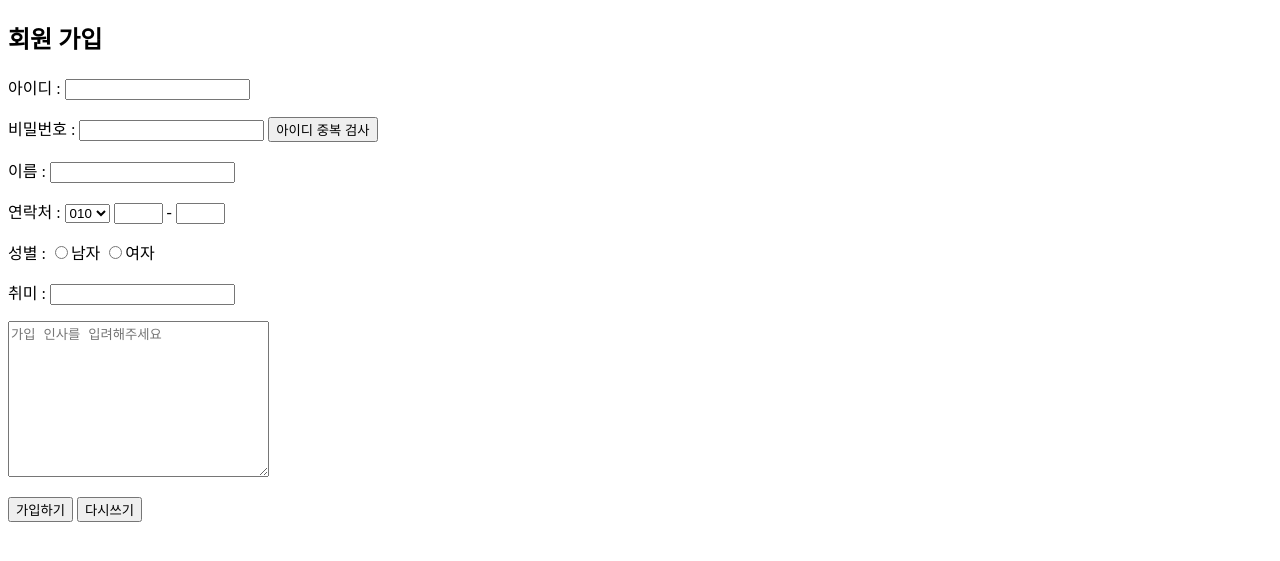
Repository: suinautant/learnCode
Page: http://localhost/JSPBook/ch05/test/register01.jsp
An editor plug-in stored every save of this project. The page is shown before and after the next save, followed by the edit.
The browser window is 1280 px wide. The pictures show the whole page.
The page is served by Tomcat 9. Other server files are loaded and not shown.

Above is the page before, as saved 2021-07-01 05:46:04.

### jsp/JSPBook/WebContent/ch05/test/register01.jsp
<%@ page language="java" contentType="text/html; charset=UTF-8" pageEncoding="UTF-8"%>
<!DOCTYPE html>
<html>
<head>
<meta charset="UTF-8">
<title>회원가입</title>
</head>
<body>
	<h2>회원 가입</h2>
	<form action="register01_action.jsp" method="get">
		<p>
			아이디 :
			<input type="text" name="id" />
		</p>
		<p>
			비밀번호 :
			<input type="password" name="passwd" />
			<input type="button" value="아이디 중복 검사" />
		</p>
		<p>
			이름 :
			<input type="text" name="name" />
		</p>
		<p>
			연락처 :
			<select name="tel1">
				<option value="010">010</option>
				<option value="011">011</option>
				<option value="016">016</option>
				<option value="017">017</option>
				<option value="018">018</option>
				<option value="019">019</option>
			</select>
			<input type="text" name="tel2" size="3" />
			-
			<input type="text" name="tel3" size="3" />
		</p>
		<p>
			성별 :
			<input type="radio" name="sex" value="male" />남자
			<input type="radio" name="sex" value="female" />여자
		</p>
		<p>
			취미 :
			<input type="text" name="hobby" />
		</p>
		<p>
			<textarea name="hello" rows="10" cols="30" placeholder="가입 인사를 입려해주세요"></textarea>
		<p>
			<input type="submit" value="가입하기" />
			<input type="reset" value="다시쓰기" />
		</p>
	</form>

</body>
</html>

After the next save:
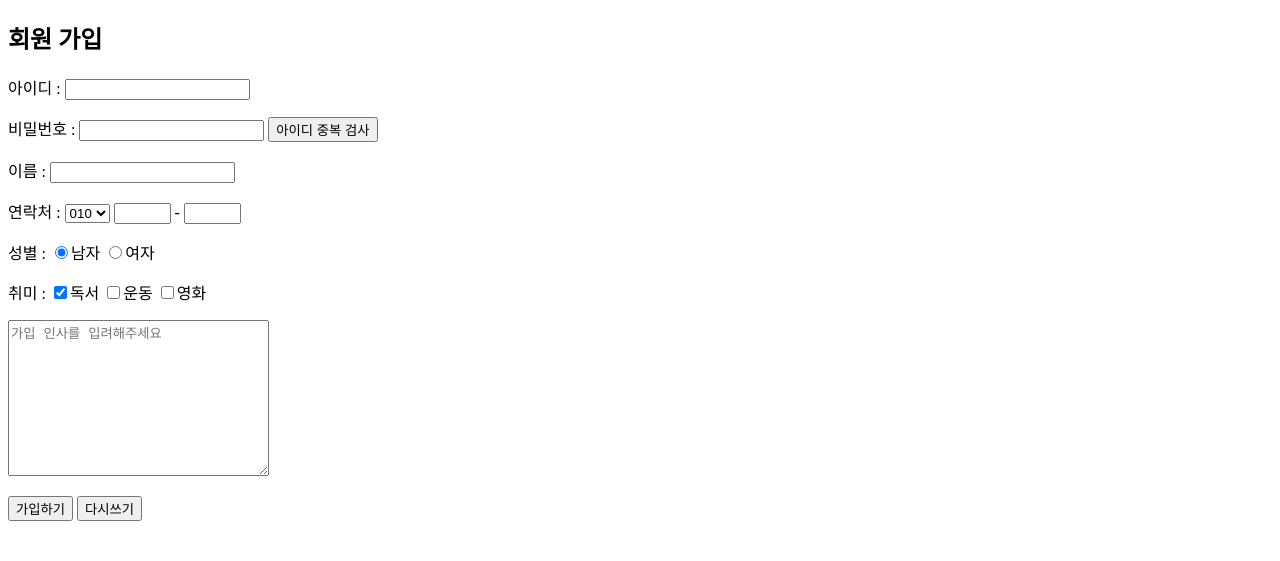
Saved 45 s later.
--- a/jsp/JSPBook/WebContent/ch05/test/register01.jsp
+++ b/jsp/JSPBook/WebContent/ch05/test/register01.jsp
@@ -7,7 +7,7 @@
 </head>
 <body>
 	<h2>회원 가입</h2>
-	<form action="register01_action.jsp" method="get">
+	<form action="register01_action.jsp" method="post">
 		<p>
 			아이디 :
 			<input type="text" name="id" />
@@ -31,18 +31,20 @@
 				<option value="018">018</option>
 				<option value="019">019</option>
 			</select>
-			<input type="text" name="tel2" size="3" />
+			<input type="text" name="tel2" size="4" maxlength="4" />
 			-
-			<input type="text" name="tel3" size="3" />
+			<input type="text" name="tel3" size="4" maxlength="4" />
 		</p>
 		<p>
 			성별 :
-			<input type="radio" name="sex" value="male" />남자
+			<input type="radio" name="sex" value="male" checked />남자
 			<input type="radio" name="sex" value="female" />여자
 		</p>
 		<p>
 			취미 :
-			<input type="text" name="hobby" />
+			<input type="checkbox" name="hobby" value="reading" checked />독서
+			<input type="checkbox" name="hobby" value="excercise" />운동
+			<input type="checkbox" name="hobby" value="movie" />영화
 		</p>
 		<p>
 			<textarea name="hello" rows="10" cols="30" placeholder="가입 인사를 입려해주세요"></textarea>
